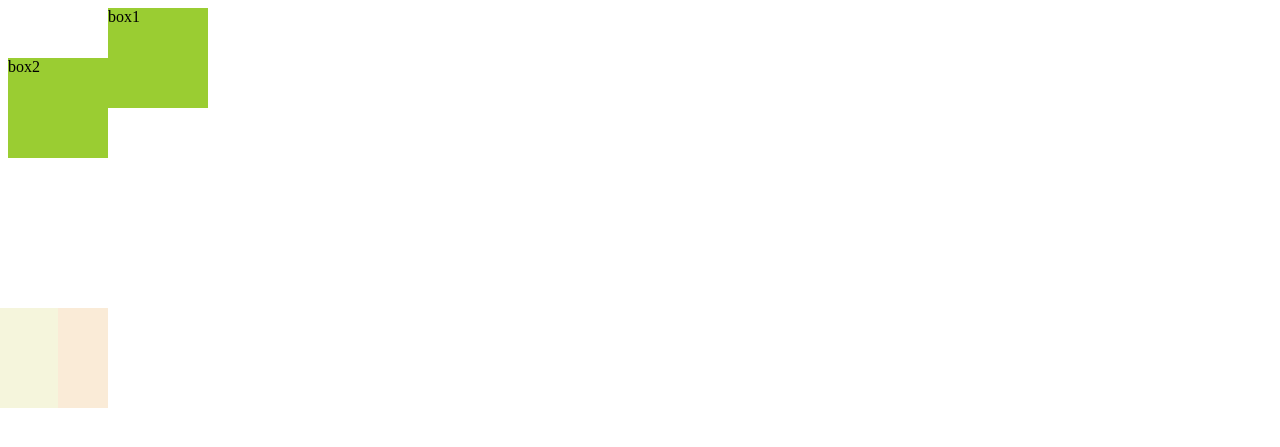
Repository: northpx/animation
Page: index.html
These files come from the project's save history. The page is drawn as it stood at one moment and after a run of saves; the edit follows.
The browser window is 1280 px wide. The pictures show the whole page.

Above is the page before, as saved 2022-12-19 19:22:54.

After the next 4 saves:
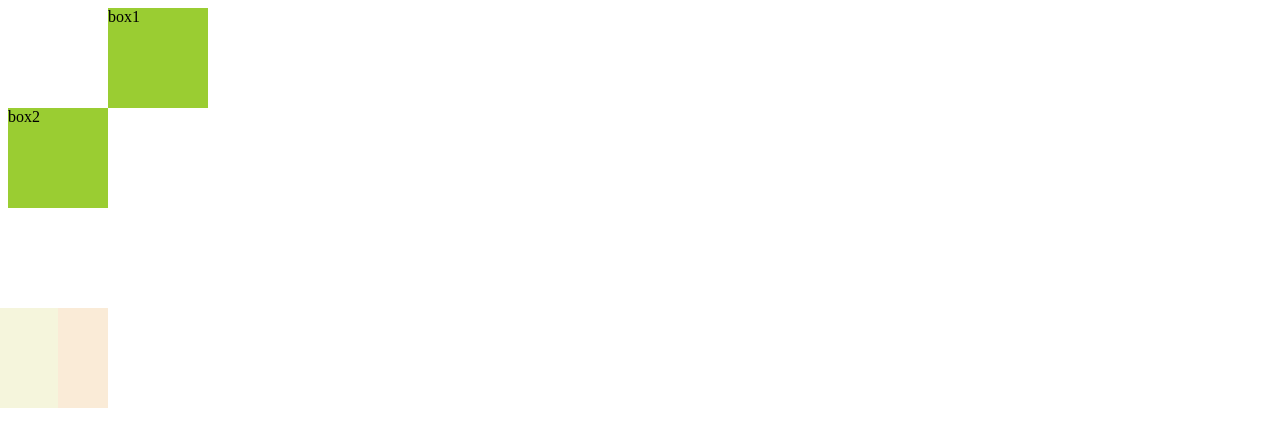
The 4 saves are shown as one change because they came seconds apart.
The last was saved 3 min 42 s later.
--- a/style.css
+++ b/style.css
@@ -29,6 +29,8 @@
     width: 100px;
     height: 100px;
     background-color: yellowgreen;
+    top: 50%;
+    le
     transform: translateY(-50px);
 }
 

After the save that followed:
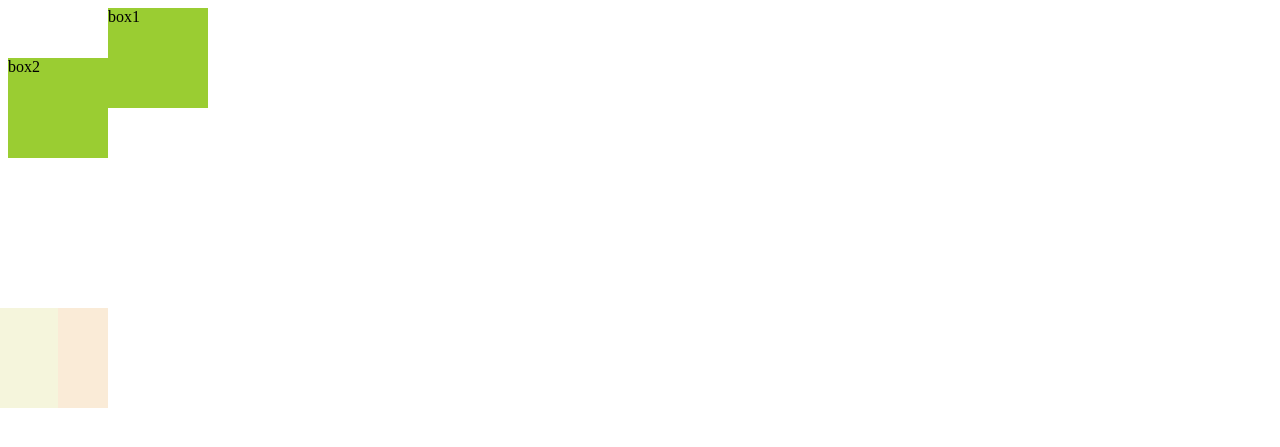
Saved 5 s later.
--- a/style.css
+++ b/style.css
@@ -30,7 +30,7 @@
     height: 100px;
     background-color: yellowgreen;
     top: 50%;
-    le
+    left: 50%;
     transform: translateY(-50px);
 }
 
